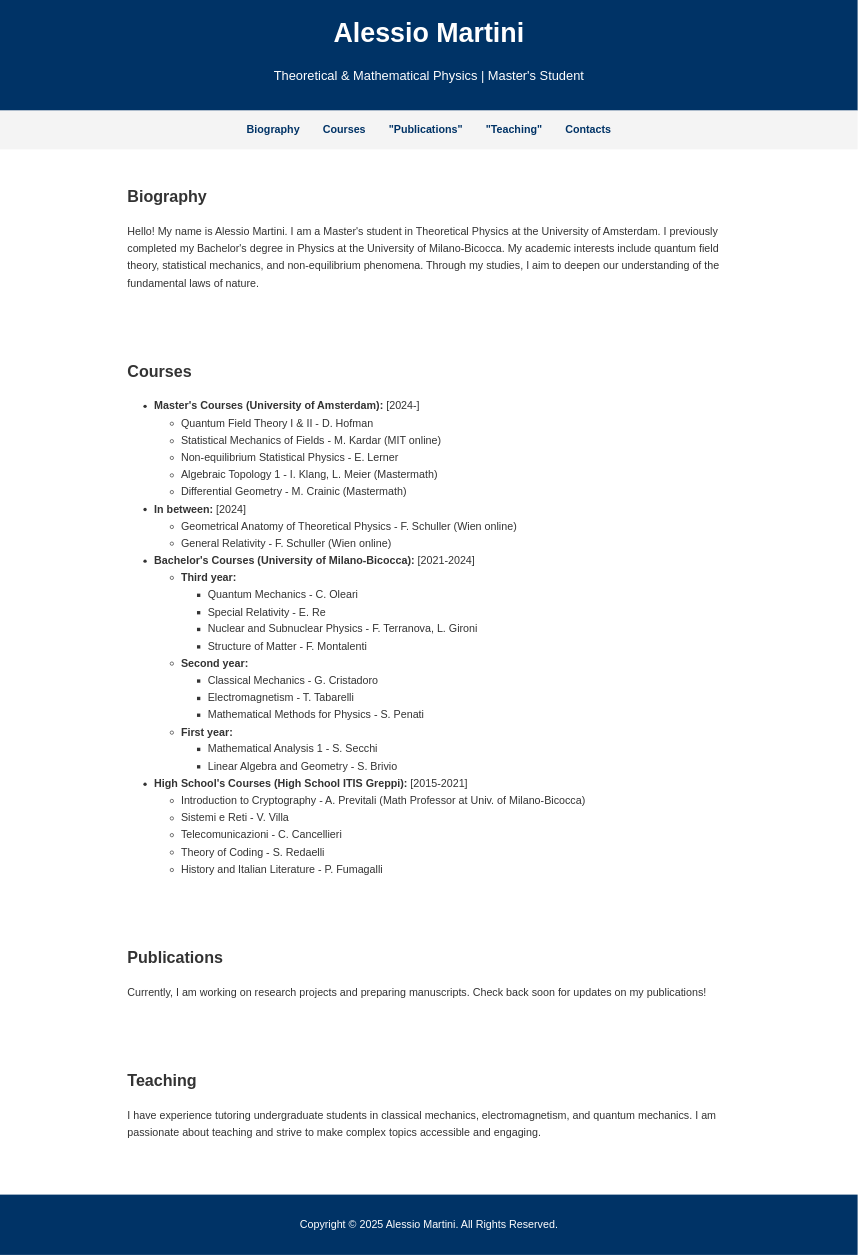
Repository: alessiomartini/alessiomartini.github.io
Page: index.html
These files come from the project's save history. The page is drawn as it stood at one moment and after the next save; the edit follows.
The browser window is 1280 px wide. The pictures show the whole page, at 67% of full size.

Above is the page before, as saved 2025-01-17 19:00:46.

### index.html
<!DOCTYPE html>
<html lang="en">
<head>
    <meta charset="UTF-8">
    <meta name="viewport" content="width=device-width, initial-scale=1.0">
    <title>Alessio Martini | Theoretical & Mathematical Physics</title>
    <style>
        body {
            font-family: Arial, sans-serif;
            margin: 0;
            padding: 0;
            line-height: 1.6;
            color: #333;
        }

        header {
            background: #003366;
            color: #fff;
            padding: 1rem 0;
            text-align: center;
        }

        header h1 {
            margin: 0;
            font-size: 2.5rem;
        }

        header p {
            font-size: 1.2rem;
        }

        nav {
            background: #f4f4f4;
            padding: 1rem;
            text-align: center;
        }

        nav a {
            margin: 0 15px;
            text-decoration: none;
            color: #003366;
            font-weight: bold;
        }

        section {
            padding: 2rem;
        }

        .container {
            max-width: 900px;
            margin: 0 auto;
        }

        footer {
            background: #003366;
            color: #fff;
            text-align: center;
            padding: 1rem 0;
            margin-top: 2rem;
        }
    </style>
</head>
<body>
<header>
    <h1>Alessio Martini</h1>
    <p>Theoretical & Mathematical Physics | Master's Student</p>
</header>

<nav>
    <a href="#biography">Biography</a>
    <a href="#courses">Courses</a>
    <a href="#publications">"Publications"</a>
    <a href="#teaching">"Teaching"</a>
    <a href="#contacts">Contacts</a>

</nav>

<section id="biography" class="container">
    <h2>Biography</h2>
    <div id="biography-text"></div>
</section>

<section id="courses" class="container">
    <h2>Courses</h2>
    <div id="courses-list"></div>
</section>

<section id="publications" class="container">
    <h2>Publications</h2>
    <div id="publications-text"></div>
</section>

<section id="teaching" class="container">
    <h2>Teaching</h2>
    <div id="teaching-text"></div>
</section>

<footer>
    <p>Copyright &copy; 2025 Alessio Martini. All Rights Reserved.</p>
</footer>

<script>
    // Function to load content from a text file and insert it into the given element
    function loadContent(file, elementId) {
        fetch(file)
            .then(response => {
                if (!response.ok) {
                    throw new Error(`Failed to load ${file}`);
                }
                return response.text();
            })
            .then(data => {
                document.getElementById(elementId).innerHTML = data;
            })
            .catch(error => {
                console.error(error);
                document.getElementById(elementId).innerHTML = "Content could not be loaded.";
            });
    }

    // Load content for each section
    loadContent("biography.txt", "biography-text");
    loadContent("courses.txt", "courses-list");
    loadContent("publications.txt", "publications-text");
    loadContent("teaching.txt", "teaching-text");
</script>
</body>
</html>

After the next save:
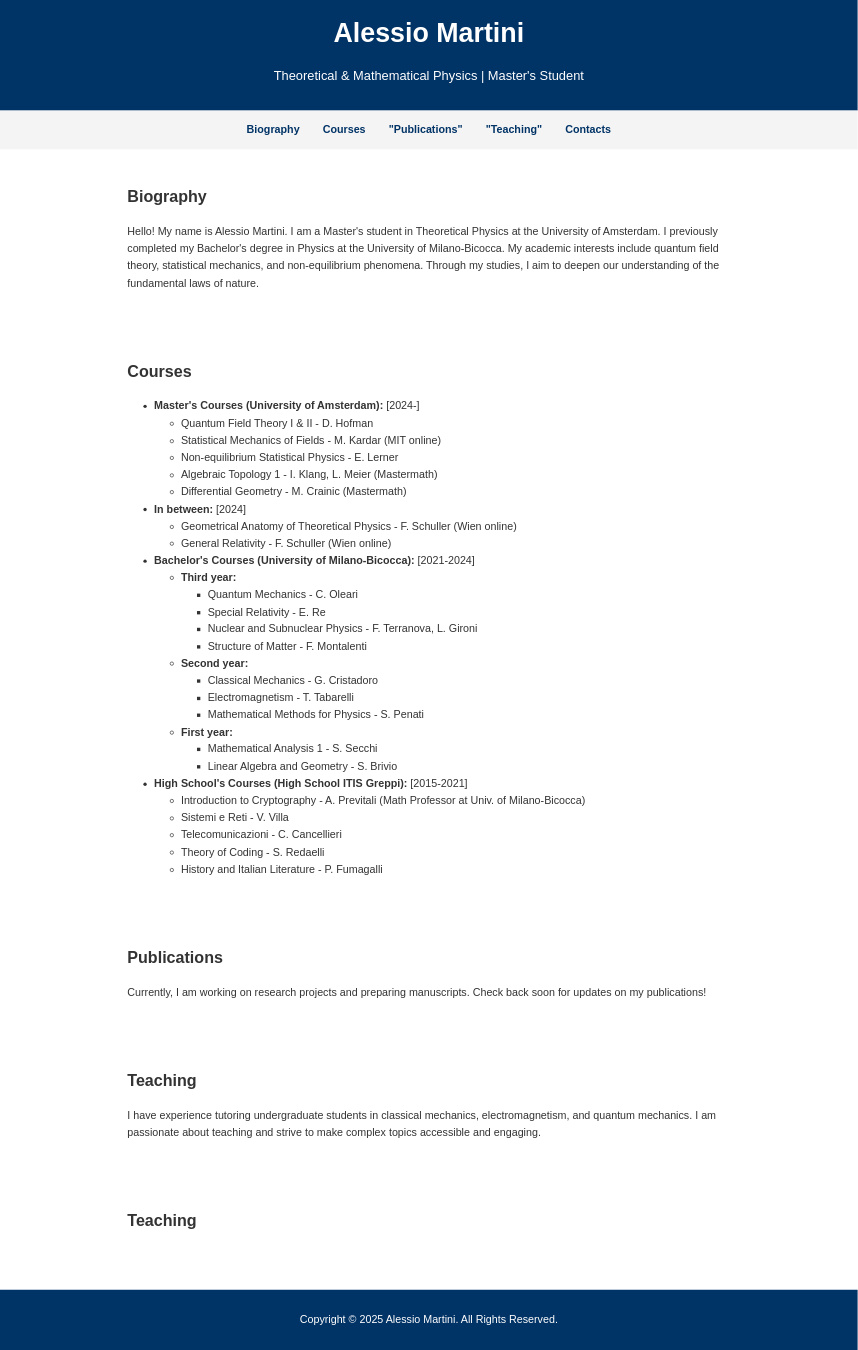
Saved 11 s later.
--- a/index.html
+++ b/index.html
@@ -95,6 +95,11 @@
     <div id="teaching-text"></div>
 </section>
 
+<section id="teaching" class="container">
+    <h2>Teaching</h2>
+    <div id="teaching-text"></div>
+</section>
+
 <footer>
     <p>Copyright &copy; 2025 Alessio Martini. All Rights Reserved.</p>
 </footer>
